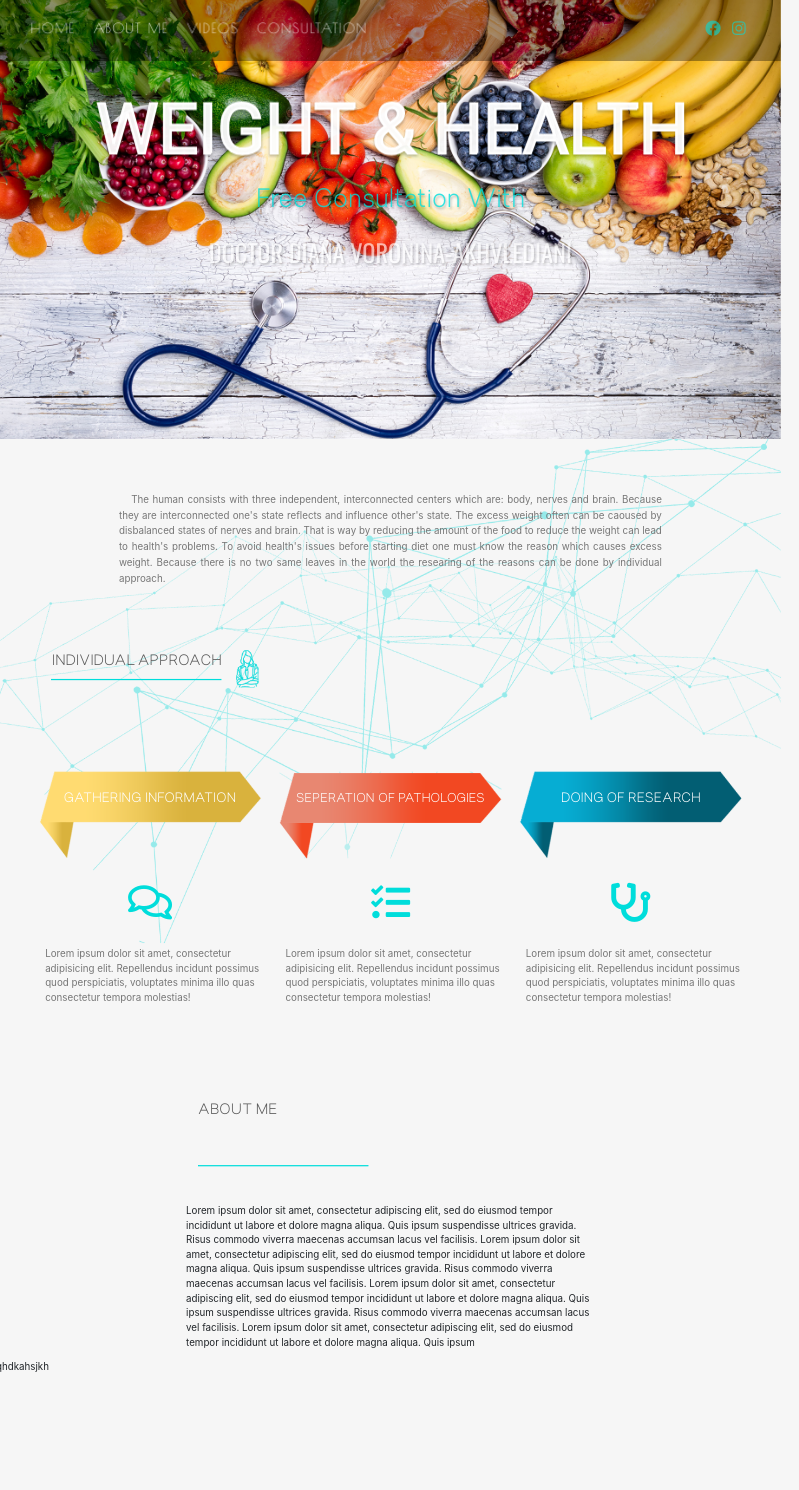
Repository: Aleksandre19/cv-ucmp
Page: index.html
The author's editor kept a record of every edit. The page is drawn from the files as they stood at one moment, then again after the next edit.
The browser window is 1280 px wide. The page is 1295 px wide, then 1310 px, so the pictures cover 1310 px, including what lies to the right of the window. The pictures show the whole page, at 61% of full size.
Backgrounds fixed to the window are drawn as part of the page. Some web libraries are served in a nearby version.

Above is the page before.

### index.html
<!DOCTYPE html>
<html lang="en">

<head>
    <meta charset="UTF-8">
    <meta name="viewport" content="width=device-width, initial-scale=1.0">
    <meta http-equiv="X-UA-Compatible" content="ie=edge">
    <link rel="stylesheet" href="https://stackpath.bootstrapcdn.com/bootstrap/4.4.1/css/bootstrap.min.css" integrity="sha384-Vkoo8x4CGsO3+Hhxv8T/Q5PaXtkKtu6ug5TOeNV6gBiFeWPGFN9MuhOf23Q9Ifjh" crossorigin="anonymous">
    <link rel="stylesheet" href="https://cdnjs.cloudflare.com/ajax/libs/hover.css/2.3.1/css/hover-min.css" type="text/css" />
    <link rel="stylesheet" href="https://cdnjs.cloudflare.com/ajax/libs/font-awesome/5.11.2/css/all.min.css" type="text/css" />
    <link rel="stylesheet" href="assets/css/style.css" type="text/css" />
    <title>Document</title>


</head>

<body>



    <!-- HEADER -->
    <header class="container-fluid header no-gutters">
        <div class="row menuSlWrapper">

            <!-- TOP MAIN MENU -->
            <div class="col-8 col-sm-9 col-md-10 top-menu-wrapper">
                <nav class="navbar navbar-expand-md navbar-light main-menu">
                    <button class="navbar-toggler purple darken-3" type="button" data-toggle="collapse" data-target="#mainMenuDropdown" aria-controls="mainMenuDropdown" aria-expanded="false" aria-label="Toggle navigation">
                        <span class="navbar-toggler-icon"></span>
                    </button>
                    <div class="collapse navbar-collapse" id="mainMenuDropdown">
                        <ul class="navbar-nav mr-auto  ">
                            <li class="navbar-item"><a href="#" class="hvr-float ">home</a></li>
                            <li class="navbar-item"><a href="#" class="hvr-float">about me</a></li>
                            <li class="navbar-item"><a href="#" class="hvr-float">videos</a></li>
                            <li class="navbar-item"><a href="#" class="hvr-float">consultation</a></li>
                        </ul>
                    </div>
                </nav>
            </div>
            <!-- / TOP MAIN MENU -->

            <!-- TOP SOCIAL LINKS -->
            <div class="col-4 col-sm-3 col-md-2 social-links">
                <div class="row">
                    <div class="sl-wrapper">
                        <a href="http://www.facebook.com" target="_blank"><i class="fab fa-facebook"></i></a>
                        <a href="http://www.instagram.com" target="_blank"><i class="fab fa-instagram"></i></a>
                    </div>
                </div>
            </div>
            <!-- /TOP SOCIAL LINKS -->

        </div>
    </header>
    <!-- /HEADER -->


    <section class="container-fluid sections ">
        <!-- Here goes background slideshow's images -->
        <div class="container-fluid slideshow">

            <!-- /Welcoming text animations's container-->
        </div>
    </section>
    <div class="text-container">
        <!-- Welcoming text animations's container-->
        <div id="wh-container">
            <!-- Weight & Health's svg file container  -->
            <!-- Weight & Health's svg file -->
            <svg id="logo" width="100%" height="97" viewBox="0 0 973 97" fill="none" xmlns="http://www.w3.org/2000/svg">
                        <g filter="url(#filter0_d)">
                            <path d="M31.1216 59.2261L32.6938 70.0073L34.9961 60.293L51.168 3.24219H60.2646L76.0435 60.293L78.2896 70.1758L80.0303 59.1699L92.7207 3.24219H103.558L83.7363 85H73.9097L57.064 25.4224L55.7725 19.1895L54.481 25.4224L37.0176 85H27.1909L7.42529 3.24219H18.2065L31.1216 59.2261Z" stroke="white" stroke-width="4" mask="url(#path-1-outside-1)"/>
                            <path d="M161.788 47.2095H126.356V76.1841H167.516V85H115.575V3.24219H166.954V12.1143H126.356V38.3936H161.788V47.2095Z" stroke="white" stroke-width="4" mask="url(#path-1-outside-1)"/>
                            <path d="M192.503 85H181.722V3.24219H192.503V85Z" stroke="white" stroke-width="4" mask="url(#path-1-outside-1)"/>
                            <path d="M272.633 74.2749C269.863 78.243 265.988 81.2191 261.009 83.2031C256.068 85.1497 250.303 86.123 243.714 86.123C237.051 86.123 231.136 84.5695 225.97 81.4624C220.804 78.3179 216.799 73.8631 213.954 68.0981C211.146 62.3332 209.705 55.651 209.63 48.0518V40.9204C209.63 28.6043 212.494 19.0584 218.221 12.2827C223.986 5.507 232.072 2.11914 242.479 2.11914C251.014 2.11914 257.883 4.30908 263.087 8.68896C268.29 13.0314 271.472 19.2082 272.633 27.2192H261.852C259.83 16.4006 253.391 10.9912 242.535 10.9912C235.31 10.9912 229.826 13.5368 226.083 18.6279C222.376 23.6816 220.505 31.0189 220.467 40.6396V47.3218C220.467 56.4933 222.564 63.7931 226.756 69.2212C230.949 74.6118 236.62 77.3071 243.771 77.3071C247.813 77.3071 251.351 76.8579 254.383 75.9595C257.416 75.061 259.924 73.5449 261.908 71.4111V53.0493H242.984V44.2896H272.633V74.2749Z" stroke="white" stroke-width="4" mask="url(#path-1-outside-1)"/>
                            <path d="M353.492 85H342.655V47.2095H301.439V85H290.658V3.24219H301.439V38.3936H342.655V3.24219H353.492V85Z" stroke="white" stroke-width="4" mask="url(#path-1-outside-1)"/>
                            <path d="M427.445 12.1143H401.166V85H390.44V12.1143H364.217V3.24219H427.445V12.1143Z" stroke="white" stroke-width="4" mask="url(#path-1-outside-1)"/>
                            <path d="M462.035 63.0444C462.035 59.1138 463.12 55.5013 465.292 52.207C467.5 48.9128 471.693 45.0757 477.87 40.6958C474.238 36.2785 471.805 32.7222 470.57 30.0269C469.334 27.3315 468.717 24.6549 468.717 21.9971C468.717 15.7829 470.551 10.9163 474.22 7.39746C477.888 3.87858 482.867 2.11914 489.156 2.11914C494.771 2.11914 499.413 3.76628 503.082 7.06055C506.751 10.3174 508.585 14.4352 508.585 19.4141C508.585 22.7083 507.743 25.7593 506.058 28.5669C504.411 31.3371 501.51 34.257 497.354 37.3267L491.346 41.7627L509.54 63.4937C512.085 58.6271 513.358 53.2178 513.358 47.2656H522.735C522.735 56.8115 520.433 64.729 515.829 71.0181L527.508 85H515.042L509.596 78.5425C506.826 81.0132 503.569 82.9036 499.825 84.2139C496.119 85.4867 492.338 86.123 488.482 86.123C480.509 86.123 474.107 84.008 469.278 79.7778C464.449 75.5477 462.035 69.9699 462.035 63.0444ZM488.482 77.644C493.985 77.644 499.02 75.5477 503.587 71.355L483.653 47.4902L481.8 48.8379C475.549 53.4424 472.423 58.1779 472.423 63.0444C472.423 67.4618 473.845 70.9993 476.69 73.6572C479.573 76.3151 483.504 77.644 488.482 77.644ZM479.105 21.6602C479.105 25.2539 481.314 29.7461 485.731 35.1367L492.357 30.4761C494.903 28.6792 496.643 26.9759 497.579 25.3662C498.515 23.7191 498.983 21.735 498.983 19.4141C498.983 16.9059 498.047 14.8283 496.175 13.1812C494.304 11.4966 491.945 10.6543 489.1 10.6543C486.03 10.6543 483.597 11.7025 481.8 13.7988C480.003 15.8577 479.105 18.4782 479.105 21.6602Z" stroke="white" stroke-width="4" mask="url(#path-1-outside-1)"/>
                            <path d="M628.751 85H617.914V47.2095H576.698V85H565.917V3.24219H576.698V38.3936H617.914V3.24219H628.751V85Z" stroke="white" stroke-width="4" mask="url(#path-1-outside-1)"/>
                            <path d="M694.112 47.2095H658.68V76.1841H699.84V85H647.899V3.24219H699.278V12.1143H658.68V38.3936H694.112V47.2095Z" stroke="white" stroke-width="4" mask="url(#path-1-outside-1)"/>
                            <path d="M758.407 63.6621H724.154L716.461 85H705.343L736.563 3.24219H745.997L777.274 85H766.212L758.407 63.6621ZM727.411 54.79H755.206L741.28 16.5503L727.411 54.79Z" stroke="white" stroke-width="4" mask="url(#path-1-outside-1)"/>
                            <path d="M799.117 76.1841H837.862V85H788.28V3.24219H799.117V76.1841Z" stroke="white" stroke-width="4" mask="url(#path-1-outside-1)"/>
                            <path d="M891.151 12.1143H864.872V85H854.146V12.1143H827.923V3.24219H891.151V12.1143Z" stroke="white" stroke-width="4" mask="url(#path-1-outside-1)"/>
                            <path d="M966.114 85H955.277V47.2095H914.061V85H903.28V3.24219H914.061V38.3936H955.277V3.24219H966.114V85Z" stroke="white" stroke-width="4" mask="url(#path-1-outside-1)"/>
                        </g>
                        <defs>
                            <filter id="filter0_d" x="0.884155" y="0.119141" width="971.23" height="96.0039" filterUnits="userSpaceOnUse" color-interpolation-filters="sRGB">
                                <feFlood flood-opacity="0" result="BackgroundImageFix"/>
                                <feColorMatrix in="SourceAlpha" type="matrix" values="0 0 0 0 0 0 0 0 0 0 0 0 0 0 0 0 0 0 127 0"/>
                                <feOffset dy="4"/>
                                <feGaussianBlur stdDeviation="2"/>
                                <feColorMatrix type="matrix" values="0 0 0 0 0 0 0 0 0 0 0 0 0 0 0 0 0 0 0.20 0"/>
                                <feBlend mode="normal" in2="BackgroundImageFix" result="effect1_dropShadow"/>
                                <feBlend mode="normal" in="SourceGraphic" in2="effect1_dropShadow" result="shape"/>
                            </filter>
                        </defs>
                    </svg>
            <!-- /Weight & Health's svg file -->
            <span class="sr-only"> Weight & Health </span>
            <!-- Span for screen reader -->
        </div>
        <!-- Weight & Health's svg file container  -->

        <!-- Consultation section -->
        <div id="free-consultation-text">
            <h1>Free Consultation With </h1>
        </div>
        <!-- /Consultation section -->

        <!-- Diana's section -->
        <div id="diana">
            <h2>
                Doctor Diana Voronina-Akhvlediani
            </h2>
        </div>
        <!--/ Diana's section -->

        <p><button class="btn btn-lg btn-signUp" data-toggle="modal" data-target="#signUpModal">Sign Up</button></p>
        <!-- Sing up button -->

    </div>


    <!-- Individual approach section-->
    <section class="sections individual-section">

        <div class="container-fluid individual-section-wrapper">
            <div class="individual-section-centerer">
                <!-- Centering all section above 1300px screen resolution -->
                <article class="description">

                    <p>
                        The human consists with three independent, interconnected centers which are: body, nerves and brain. Because they are interconnected one's state reflects and influence other's state. The excess weight often can be caoused by disbalanced states of nerves
                        and brain. That is way by reducing the amount of the food to reduce the weight can lead to health's problems. To avoid health's issues before starting diet one must know the reason which causes excess weight. Because there is no
                        two same leaves in the world the researing of the reasons can be done by individual approach.

                    </p>
                    <h2 class="section-title individual-title">
                        Individual approach
                    </h2>
                    <hr class="section-title-underline individual-title-underline ">
                    <i class="individual-desc-icon d-none "></i>
                    <span class="sr-only"> Individual Approach </span>
                </article>

                <div class="row all-steps-wrapper">
                    <div class="col-sm-4 individual-steps gathering-information">
                        <div class="row">
                            <article>
                                <div class="steps-title-bg gathering-bg">
                                    <h3 class="steps-title gathering-title">
                                        Gathering information
                                    </h3>
                                </div>
                                <hr class="individual-title-divider gathering-title-divider d-lg-none">
                                <i class="far fa-comments individual-icons"></i>
                                <p class="steps-text gathering-text">
                                    Lorem ipsum dolor sit amet, consectetur adipisicing elit. Repellendus incidunt possimus quod perspiciatis, voluptates minima illo quas consectetur tempora molestias!

                                </p>
                            </article>
                        </div>
                    </div>

                    <div class="col-sm-4 individual-steps individual-separation">
                        <div class="row">
                            <article>
                                <div class="steps-title-bg separation-bg">
                                    <h3 class="steps-title separation-title">
                                        Seperation of pathologies
                                    </h3>
                                </div>
                                <hr class="individual-title-divider separation-title-divider d-lg-none">
                                <i class="fas fa-tasks individual-icons"></i>
                                <p class="steps-text separation-text">
                                    Lorem ipsum dolor sit amet, consectetur adipisicing elit. Repellendus incidunt possimus quod perspiciatis, voluptates minima illo quas consectetur tempora molestias!
                                </p>
                            </article>
                        </div>
                    </div>

                    <div class="col-sm-4 individual-steps individual-research">
                        <div class="row">
                            <article>
                                <div class="steps-title-bg research-bg">
                                    <h3 class="steps-title research-title">
                                        Doing of research
                                    </h3>
                                </div>
                                <hr class="individual-title-divider research-title-divider d-lg-none">
                                <i class="fas fa-stethoscope individual-icons"></i>
                                <p class="steps-text research-text">
                                    Lorem ipsum dolor sit amet, consectetur adipisicing elit. Repellendus incidunt possimus quod perspiciatis, voluptates minima illo quas consectetur tempora molestias!
                                </p>
                            </article>
                        </div>
                    </div>
                </div>
            </div>
        </div>
    </section>
    <!-- /Individual approach section-->


    <!-- About Me section-->
    <section class=" section about-me">
        <div class="container-fluid col-md-6 about-section-container">
            <div class="row">
                <article class="about-text">
                    <h2 class="section-title">
                        About me
                    </h2>
                    <hr class="section-title-underline about-title-underline ">
                    <i class="about-desc-icon "></i>
                    <span class="sr-only"> About Diana Voronina-Akhvlediani</span>
                    <p class="about-paragraph">
                        Lorem ipsum dolor sit amet, consectetur adipiscing elit, sed do eiusmod tempor incididunt ut labore et dolore magna aliqua. Quis ipsum suspendisse ultrices gravida. Risus commodo viverra maecenas accumsan lacus vel facilisis. Lorem ipsum dolor sit amet,
                        consectetur adipiscing elit, sed do eiusmod tempor incididunt ut labore et dolore magna aliqua. Quis ipsum suspendisse ultrices gravida. Risus commodo viverra maecenas accumsan lacus vel facilisis. Lorem ipsum dolor sit amet, consectetur
                        adipiscing elit, sed do eiusmod tempor incididunt ut labore et dolore magna aliqua. Quis ipsum suspendisse ultrices gravida. Risus commodo viverra maecenas accumsan lacus vel facilisis. Lorem ipsum dolor sit amet, consectetur adipiscing
                        elit, sed do eiusmod tempor incididunt ut labore et dolore magna aliqua. Quis ipsum
                    </p>
                </article>
            </div>
        </div>
        <div class="container-fluid d-none d-md-block col-md-col6">
            <div class="row about-image">
                kqhdkahsjkh
            </div>
        </div>
    </section>
    <!-- /About Me section-->


    <!-- Videos section-->
    <section>

    </section>
    <!-- /Videos section-->


    <!-- Feedbacks section-->
    <section>

    </section>
    <!-- /Feedbacks section-->


    <!-- Consultation's section-->
    <section>

    </section>
    <!-- /Consultation's section-->


    <!-- footer section -->
    <footer>

    </footer>
    <!-- /footer section -->

    <!-- / All site wrapper div -->

    <!-- Sign up pop up -->
    <div id="modalContainer">
        <div class="modal" tabindex="-1" role="dialog" id="signUpModal">
            <div class="modal-dialog" role="document">
                <div class="modal-content">
                    <div class="modal-header">

                        <h3>
                            For more information please fill the from below and i will reach you within 24 hours.
                        </h3>

                        <button type="button" class="close" data-dismiss="modal" aria-label="Close">
                              <span aria-hidden="true">&times;</span>
                        </button>
                    </div>
                    <div class="modal-body">
                        <form>
                            <div class="form-group">
                                <label for="formGroupExampleInput">Example label</label>
                                <input type="text" class="form-control" id="formGroupExampleInput">
                            </div>
                            <div class="form-group">
                                <label for="exampleInputEmail1">Email address</label>
                                <input type="email" class="form-control" id="exampleInputEmail1" aria-describedby="emailHelp">
                                <small id="emailHelp" class="form-text text-muted">I'll never share your email with anyone else.</small>
                            </div>
                            <div class="form-group">
                                <label for="exampleFormControlTextarea1">Example textarea</label>
                                <textarea class="form-control" id="exampleFormControlTextarea1" rows="3"></textarea>
                            </div>
                            <div class="btn-moddal-wrapper">
                                <button type="submit" class="btn btn-modal">SEND</button>
                                </p>
                        </form>

                        </div>
                    </div>
                </div>
            </div>
            <!-- /Sign up pop up -->

            <!-- Bootstrap's javascript links-->
            <script src="https://code.jquery.com/jquery-3.4.1.slim.min.js" integrity="sha384-J6qa4849blE2+poT4WnyKhv5vZF5SrPo0iEjwBvKU7imGFAV0wwj1yYfoRSJoZ+n" crossorigin="anonymous"></script>
            <script src="https://cdn.jsdelivr.net/npm/popper.js@1.16.0/dist/umd/popper.min.js" integrity="sha384-Q6E9RHvbIyZFJoft+2mJbHaEWldlvI9IOYy5n3zV9zzTtmI3UksdQRVvoxMfooAo" crossorigin="anonymous"></script>
            <script src="https://stackpath.bootstrapcdn.com/bootstrap/4.4.1/js/bootstrap.min.js" integrity="sha384-wfSDF2E50Y2D1uUdj0O3uMBJnjuUD4Ih7YwaYd1iqfktj0Uod8GCExl3Og8ifwB6" crossorigin="anonymous"></script>
            <!-- /Bootstrap's javascript links-->
</body>

</html>

Loaded but not shown: assets/css/style.css (1322 lines, source omitted)

After the next edit:
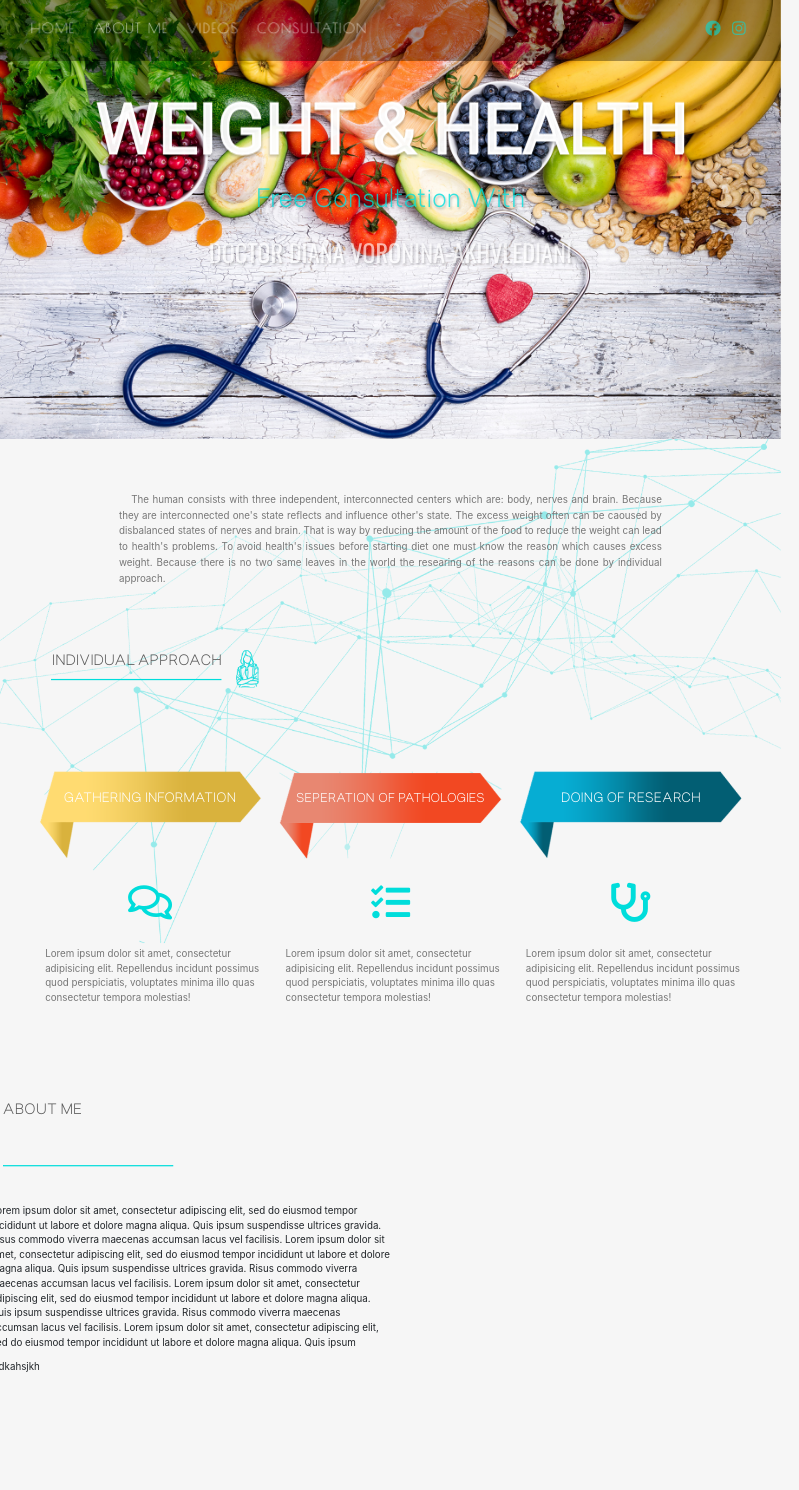
The edit:
--- a/index.html
+++ b/index.html
@@ -205,8 +205,11 @@
 
     <!-- About Me section-->
     <section class=" section about-me">
-        <div class="container-fluid col-md-6 about-section-container">
+        <div class="container-fluid about-section-container">
             <div class="row">
+                <div class="col-md-6">
+                    <div class="row">
+
                 <article class="about-text">
                     <h2 class="section-title">
                         About me
